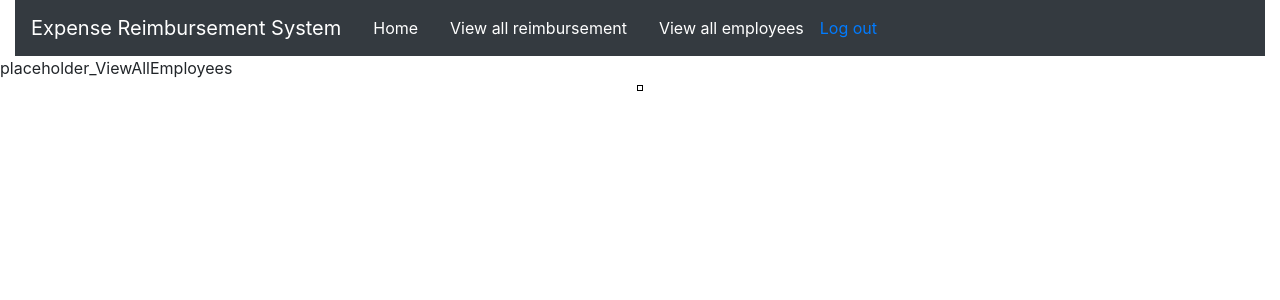
Repository: Trevormulrenin/ers-app
Page: ers-app/src/main/webapp/html/view_all_employees.html
The author's editor kept a copy of each file at every save. The page is drawn from the files as they stood at one save, then again after the next save.
The browser window is 1280 px wide. The pictures show the whole page.

Above is the page before, as saved 2021-03-31 15:59:14.

After the next save:
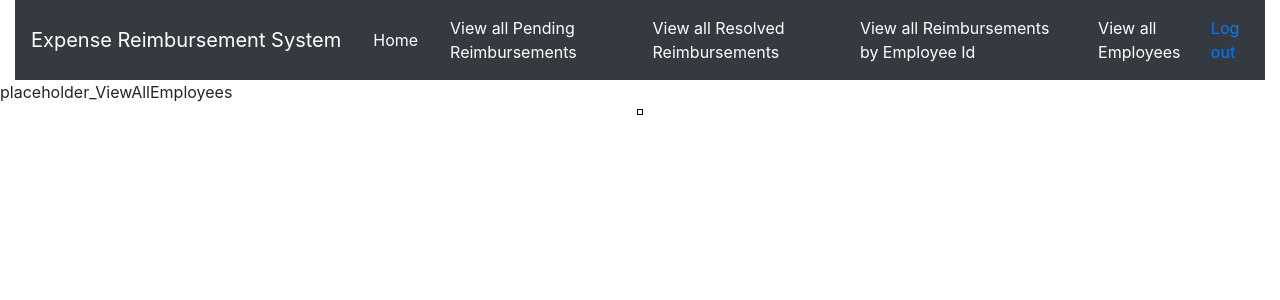
Saved 5 min 53 s later.
--- a/ers-app/src/main/webapp/html/view_all_employees.html
+++ b/ers-app/src/main/webapp/html/view_all_employees.html
@@ -8,12 +8,14 @@
  </head>
 
  <body>
- 	<div class="container-fluid">
+	<div class="container-fluid">
 		<nav class="navbar navbar-expand-lg navbar-dark bg-dark">
 			<a class="navbar-brand" href="manager_home.html">Expense Reimbursement System</a>
 				<a class="nav-item nav-link" href="manager_home.html">Home</a>
-				<a class="nav-item nav-link" href="reimbursement_manager.html">View all reimbursement</a>
-				<a class="nav-item nav-link" href="view_all_employees.html">View all employees</a>
+				<a class="nav-item nav-link" href="pending_manager.html">View all Pending Reimbursements</a>
+				<a class="nav-item nav-link" href="resolved_manager.html">View all Resolved Reimbursements</a>
+				<a class="nav-item nav-link" href="reimbursement_by_id.html">View all Reimbursements by Employee Id</a>
+				<a class="nav-item nav-link" href="view_all_employees.html">View all Employees</a>
 
 			<div class="nav-list-right" id="navbarMenuRight">
 				<a href="logout.html">Log out</a>
